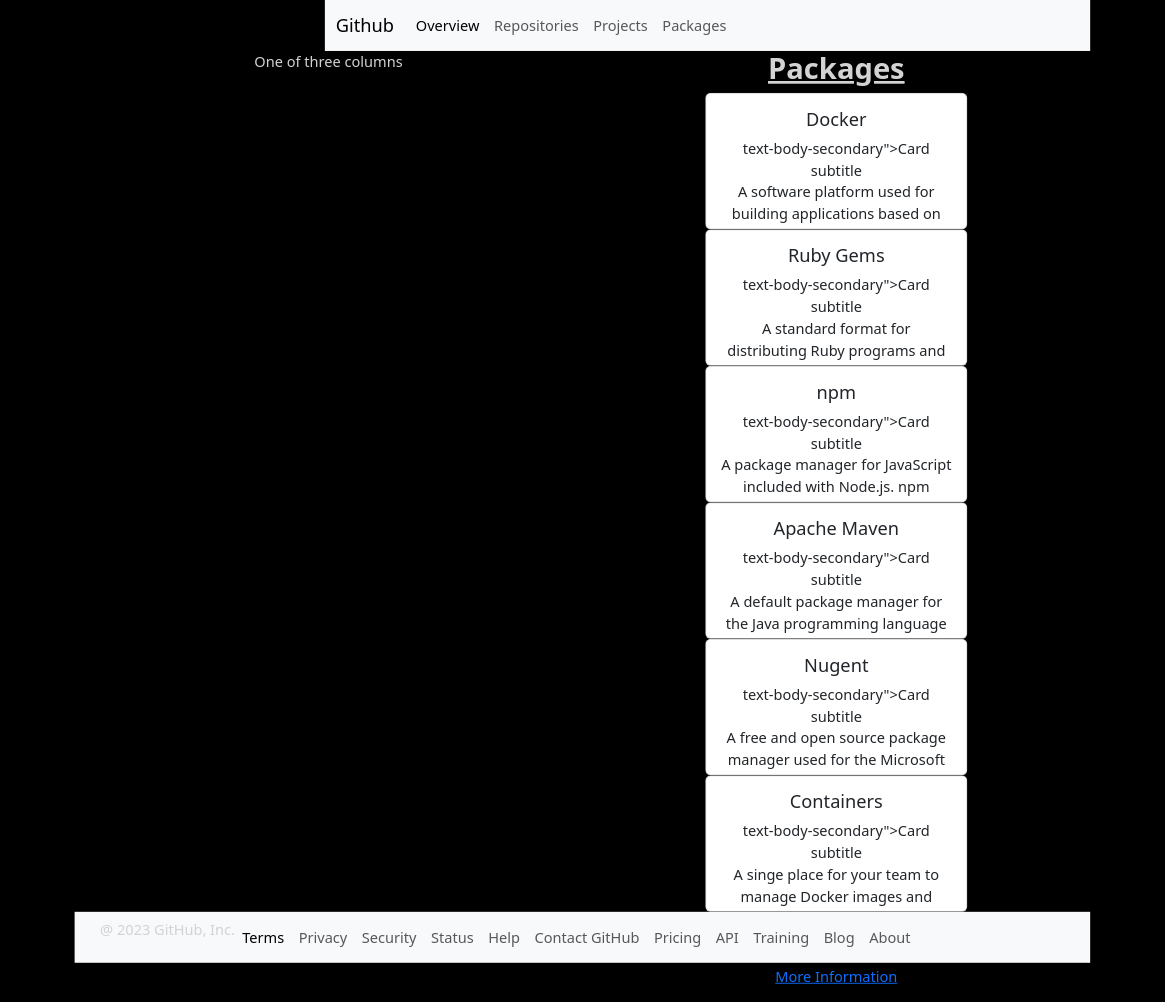
Repository: nss-evening-cohort-E23/gitsub-pull-request-posse
Page: packages.html
These files come from the project's save history. The page is drawn as it stood at one moment and after a run of saves; the edit follows.
The browser window is 1280 px wide. The pictures show the whole page, at 91% of full size.

Above is the page before, as saved 2023-05-09 17:30:22.

### packages.html
<!DOCTYPE html>
<html lang="en">
<head>
  <meta charset="UTF-8">
  <meta http-equiv="X-UA-Compatible" content="IE=edge">
  <meta name="viewport" content="width=device-width, initial-scale=1.0">
  <link href="https://cdn.jsdelivr.net/npm/bootstrap@5.3.0-alpha3/dist/css/bootstrap.min.css" rel="stylesheet" integrity="sha384-KK94CHFLLe+nY2dmCWGMq91rCGa5gtU4mk92HdvYe+M/SXH301p5ILy+dN9+nJOZ" crossorigin="anonymous">
  <link rel="stylesheet" href="packages.css">
  <title>Packages</title>
</head>
<body>
  <div class="container" id="master">
    <div id="navigate">
      <nav class="navbar navbar-expand-lg bg-body-tertiary">
        <div class="container-fluid">
          <a class="navbar-brand" href="#">Github</a>
          <button class="navbar-toggler" type="button" data-bs-toggle="collapse" data-bs-target="#navbarNavAltMarkup" aria-controls="navbarNavAltMarkup" aria-expanded="false" aria-label="Toggle navigation">
            <span class="navbar-toggler-icon"></span>
          </button>
          <div class="collapse navbar-collapse" id="navbarNavAltMarkup">
            <div class="navbar-nav">
              <a class="nav-link active" aria-current="page" href="#">Overview</a>
              <a class="nav-link" href="#">Repositories</a>
              <a class="nav-link" href="#">Projects</a>
              <a class="nav-link" href="#">Packages</a>
            </div>
          </div>
        </div>
      </nav>
    </div>
   <div class="container text-center">
    <div class="row align-items-start">
    <!-- 2 columns | first column for static bio -->
    <div class="col" id="bio">
      One of three columns

    </div>
    <div class="col">
      <h2><b><u>Packages</u></b></h2>
      <div id="packages"></div>
    </div>
  </div>
</div>
<!-- Footer -->

<div class="footer">
<nav class="navbar navbar-expand-lg bg-body-tertiary">
  <div class="container-fluid">
    <a class="navbar-brand" href="#"></a>
    <button class="navbar-toggler" type="button" data-bs-toggle="collapse" data-bs-target="#navbarNav" aria-controls="navbarNav" aria-expanded="false" aria-label="Toggle navigation">
      <span class="navbar-toggler-icon"></span>
    </button>
    <div class="collapse navbar-collapse" id="footer">
      <p>@ 2023 GitHub, Inc.</p>
      <div id="ftr-links">
      <ul class="navbar-nav">
        <li class="nav-item">
          <a class="nav-link active" aria-current="page" href="#">Terms</a>
        </li>
        <li class="nav-item">
          <a class="nav-link" href="#">Privacy</a>
        </li>
        <li class="nav-item">
          <a class="nav-link" href="#">Security</a>
        </li>
        <li class="nav-item">
          <a class="nav-link" href="#">Status</a>
        </li>
        <li class="nav-item">
          <a class="nav-link" href="#">Help</a>
        </li>
      </ul>

      <ul class="navbar-nav">
        <li class="nav-item">
          <a class="nav-link" href="#">Contact GitHub</a>
        </li>
        <li class="nav-item">
          <a class="nav-link" href="#">Pricing</a>
        </li>
        <li class="nav-item">
          <a class="nav-link" href="#">API</a>
        </li>
        <li class="nav-item">
          <a class="nav-link" href="#">Training</a>
        </li>
        <li class="nav-item">
          <a class="nav-link" href="#">Blog</a>
        </li>
        <li class="nav-item">
          <a class="nav-link" href="#">About</a>
        </li>
      </ul>
    </div>
  </div>
</nav>
</div>
</div>
</div>
</div>
  <script src="main.js"></script>
</body>
</html>

### packages.css
body {
  background-color: black;
  color: lightgray;
  flex: auto;
}

#master {
  display: flex;
  flex-direction: column;
  height: 100vh;
}

#navigate {
  flex: none;

  margin-left: 275px;

}

.footer {
  margin-top: auto;
  justify-content: space-around;

}

#ftr-links {
  display: flex;
  flex-direction: row;
  justify-content: space-between;

}

#packages {
  display: flex;
  flex-direction: row;
  flex-wrap: wrap;
  justify-content: space-around;
  margin: 0 auto;
  width: 100%;

}

.card {
 height: 150px;
}

### main.js

const renderToDom = (divId, htmltoRender) => {
  let targetedDiv = document.getElementById(divId);
  targetedDiv.innerHTML = htmltoRender;
};

const reposCardsOnDom = () => {
  let domString = "";
  domString += `

  `;
};

// packages array
const packages = [
  {
    id: 1,
    name: 'Docker',
    description: 'A software platform used for building applications based on containers - small and lightweight execution environments.',

  },

  {
    id: 2,
    name: 'Ruby Gems',
    description: 'A standard format for distributing Ruby programs and libraries used for the  Ruby programming language.',

  },

  {
    id: 3,
    name: 'npm',
    description: 'A package manager for JavaScript included with Node.js. npm makes it easy for developers to share and reuse code.',

  },

  {
    id: 4,
    name: 'Apache Maven',
    description: 'A default package manager for the Java programming language and the java runtime environment.',

  },

  {
    id: 5,
    name: 'Nugent',
    description: 'A free and open source package manager used for the Microsoft development platforms including .NET.',

  },

  {
    id: 6,
    name: 'Containers',
    description: 'A singe place for your team to manage Docker images and decide who can see and access your images.',
  },
]

// packages
const packagesOnDom = (array) => {
  let domString = "";

// package cards
for (const package of array) {
  domString += `<div class="card" style="width: 18rem;" id="pkgs">
  <div class="card-body">
    <h5 class="card-title">${package.name}</h5>
    text-body-secondary">Card subtitle</h6>
    <p class="card-text">${package.description}.</p>
    <a href="#" class="card-link">More Information</a>
  </div>
</div>`
}
renderToDom("packages", domString);

}
packagesOnDom(packages);

const startApp = () => {
  packagesOnDom(packages);
}

startApp();

After the next 2 saves:
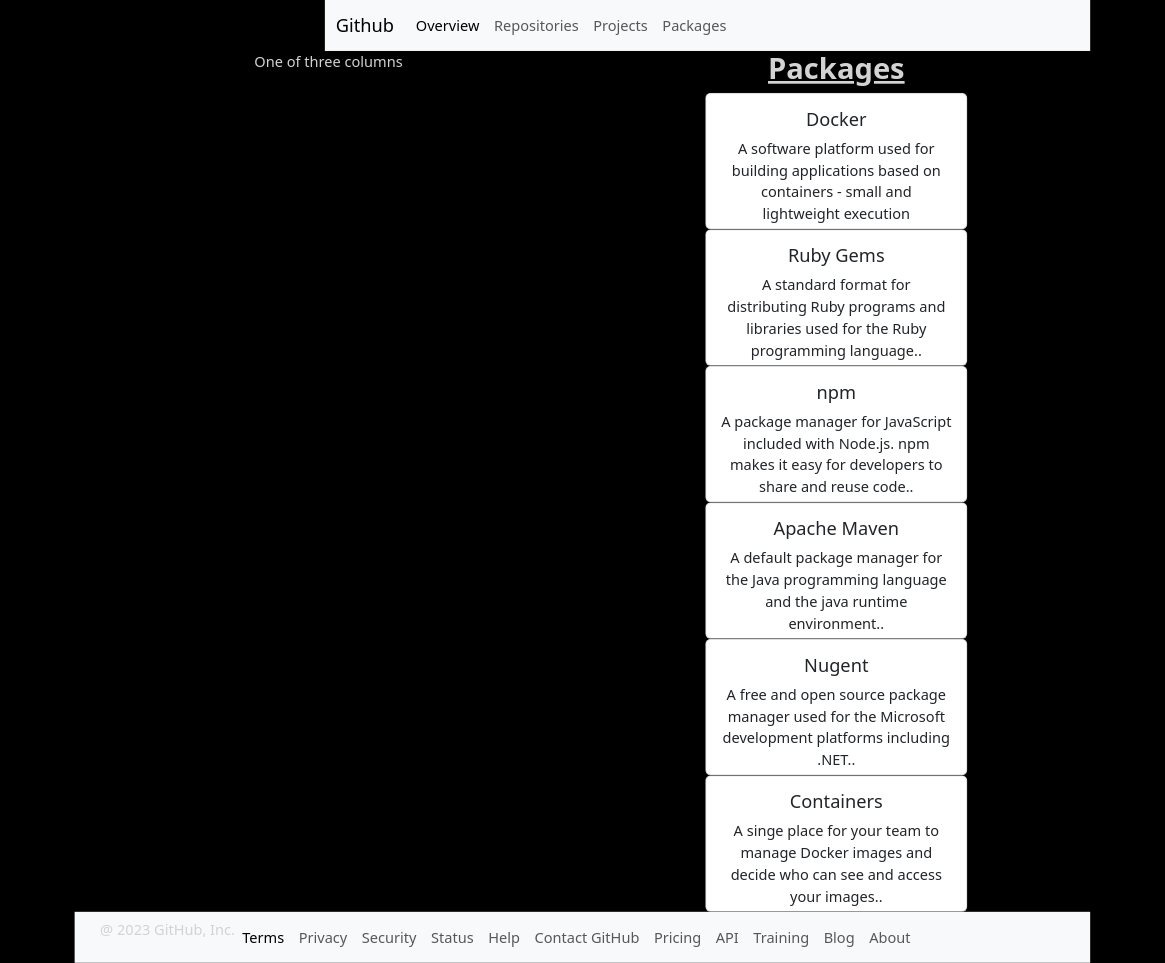
The 2 saves are shown as one change because they came seconds apart.
The last was saved 34 s later.
--- a/main.js
+++ b/main.js
@@ -64,7 +64,6 @@
   domString += `<div class="card" style="width: 18rem;" id="pkgs">
   <div class="card-body">
     <h5 class="card-title">${package.name}</h5>
-    text-body-secondary">Card subtitle</h6>
     <p class="card-text">${package.description}.</p>
     <a href="#" class="card-link">More Information</a>
   </div>
